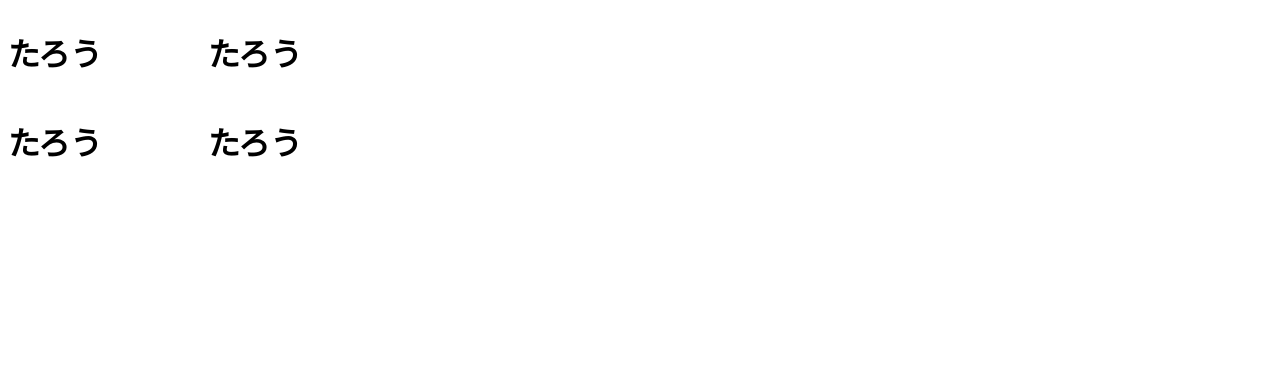
Repository: fukkatsuno-neda/samurai_HTML-CSS
Page: テスト/index.html
The author's editor kept a record of every edit. The page is drawn from the files as they stood at one moment, then again after the next edit.
The browser window is 1280 px wide. The pictures show the whole page.

Above is the page before.

### テスト/index.html
<!DOCTYPE html>
<html lang="ja">
    <head>
        <meta charset="utf-8">
        <style>
           #grid{
               display:grid;
               grid-template-columns: 200px 200px;
           }
        </style>
    </head>
    <body>
        <div id="grid">
            <h1>たろう</h1>
            <h1>たろう</h1>
            <h1>たろう</h1>
            <h1>たろう</h1>
        </div>

    </body>
</html>

After the next edit:
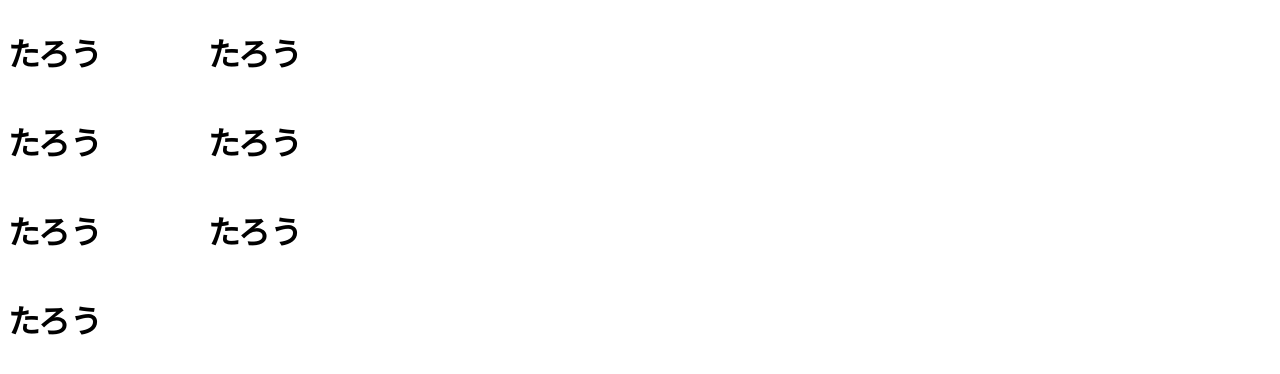
The edit:
--- a/テスト/index.html
+++ b/テスト/index.html
@@ -15,6 +15,9 @@
             <h1>たろう</h1>
             <h1>たろう</h1>
             <h1>たろう</h1>
+            <h1>たろう</h1>
+            <h1>たろう</h1>
+            <h1>たろう</h1>
         </div>
 
     </body>
